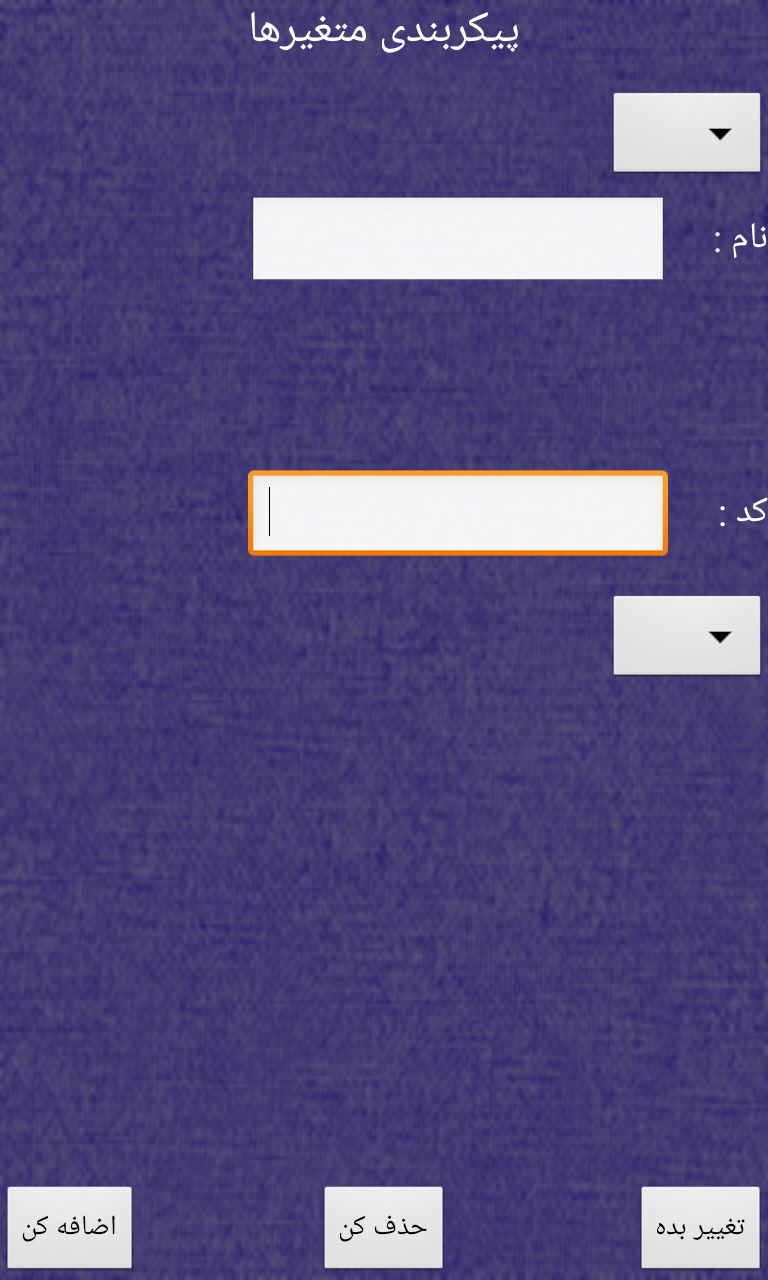
Repository: samanamp/RR-Controller
Layout: RRC app/res/layout/activity_variable_setting.xml
These files come from the project's save history. The layout is drawn as it stood at one moment and after the next save; the edit follows.
It is drawn on a 768 x 1280 px phone screen (xhdpi) without system bars, with theme AppTheme; the app's code is not run.

Above is the layout before, as saved 2012-08-13 11:58:04.

After the next save:
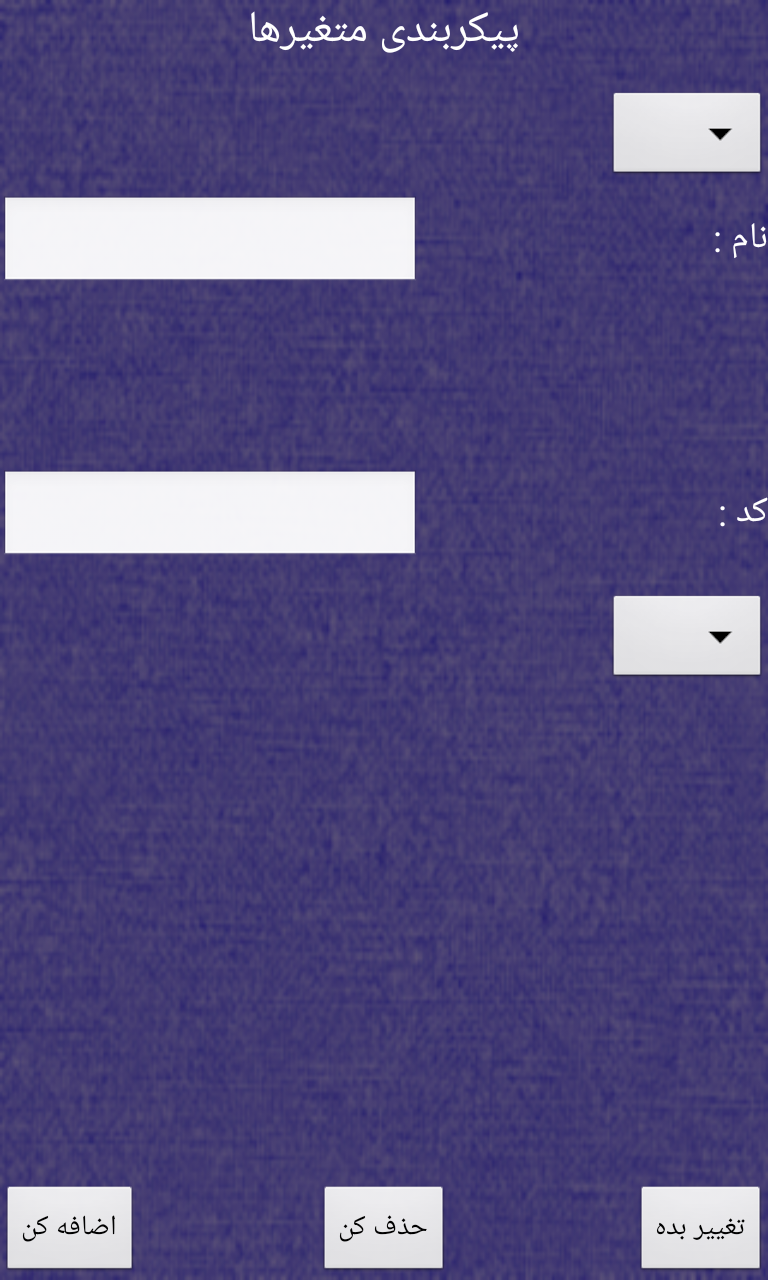
Saved 111 s later.
--- a/RRC app/res/layout/activity_variable_setting.xml
+++ b/RRC app/res/layout/activity_variable_setting.xml
@@ -60,15 +60,6 @@
         android:textAppearance="?android:attr/textAppearanceMedium"
         android:textColor="#ffffff" />
 
-    <EditText
-        android:id="@+id/editText1"
-        android:layout_width="wrap_content"
-        android:layout_height="wrap_content"
-        android:layout_alignBaseline="@+id/textView2"
-        android:layout_alignBottom="@+id/textView2"
-        android:layout_alignLeft="@+id/textView1"
-        android:ems="10" />
-
     <Spinner
         android:id="@+id/spinner2"
         android:layout_width="wrap_content"
@@ -93,11 +84,17 @@
         android:layout_height="wrap_content"
         android:layout_alignBaseline="@+id/textView3"
         android:layout_alignBottom="@+id/textView3"
-        android:layout_alignLeft="@+id/editText1"
+        android:layout_alignParentLeft="true"
         android:ems="10"
-        android:inputType="number" >
+        android:inputType="number" />
 
-        <requestFocus />
-    </EditText>
+    <EditText
+        android:id="@+id/editText1"
+        android:layout_width="wrap_content"
+        android:layout_height="wrap_content"
+        android:layout_alignBaseline="@+id/textView2"
+        android:layout_alignBottom="@+id/textView2"
+        android:layout_alignParentLeft="true"
+        android:ems="10" />
 
 </RelativeLayout>
